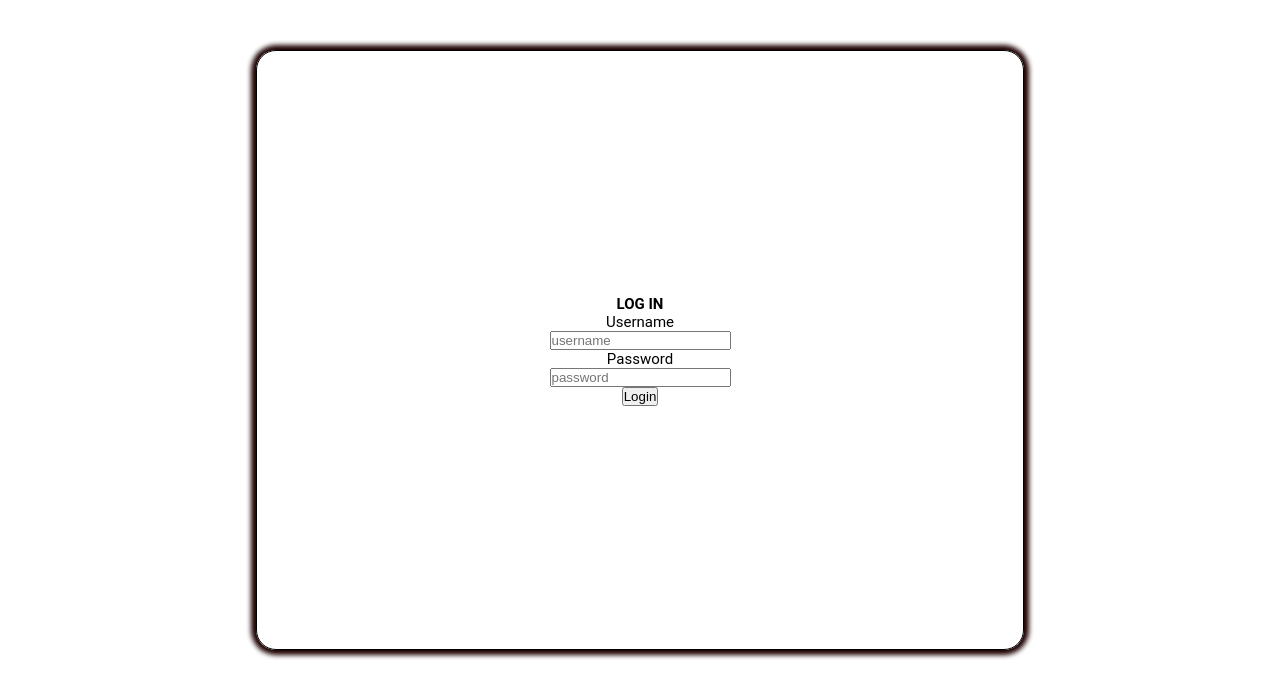
Repository: huyna1707/learning-git
Page: index.html
An editor plug-in stored every save of this project. The page is shown before and after the next save, followed by the edit.
The browser window is 1280 px wide. The pictures show the whole page.

Above is the page before, as saved 2024-08-09 23:18:35.

After the next save:
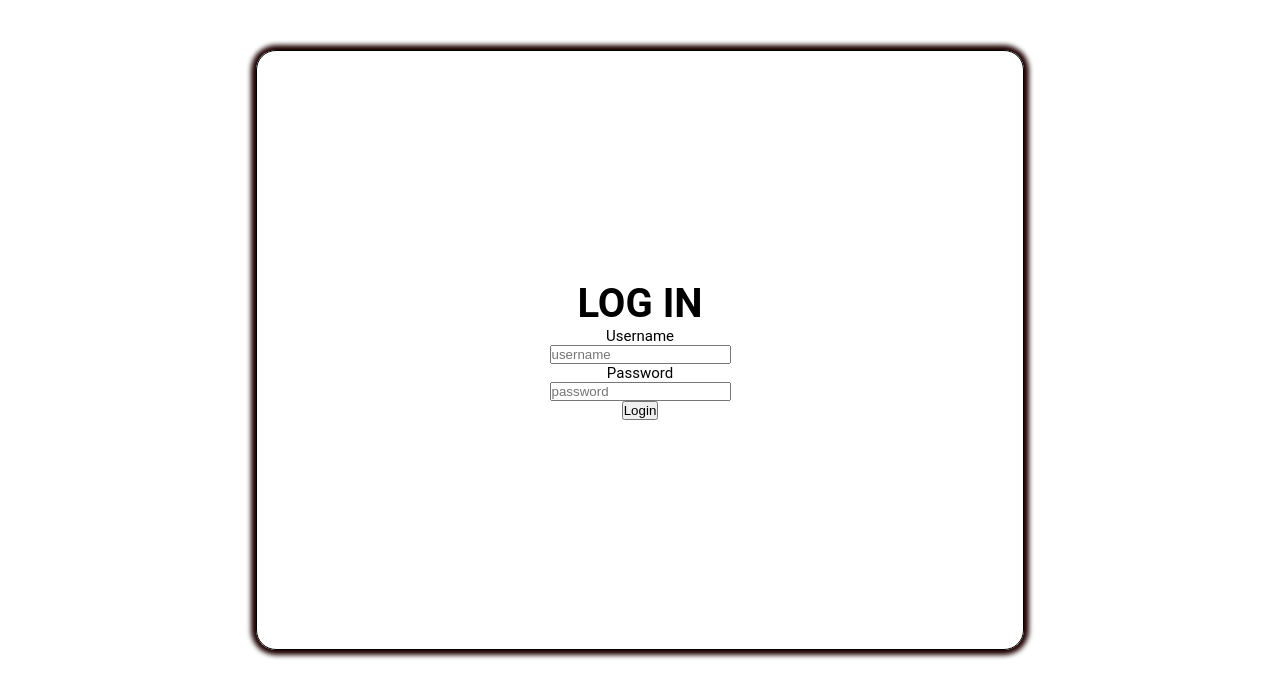
Saved 6 s later.
--- a/style.css
+++ b/style.css
@@ -25,6 +25,6 @@ form{
     box-shadow: rgb(30, 0, 0) 0 0 5px 5px;
 }
 
-form h1{
+form h4{
     font-size: 40px;
 }
